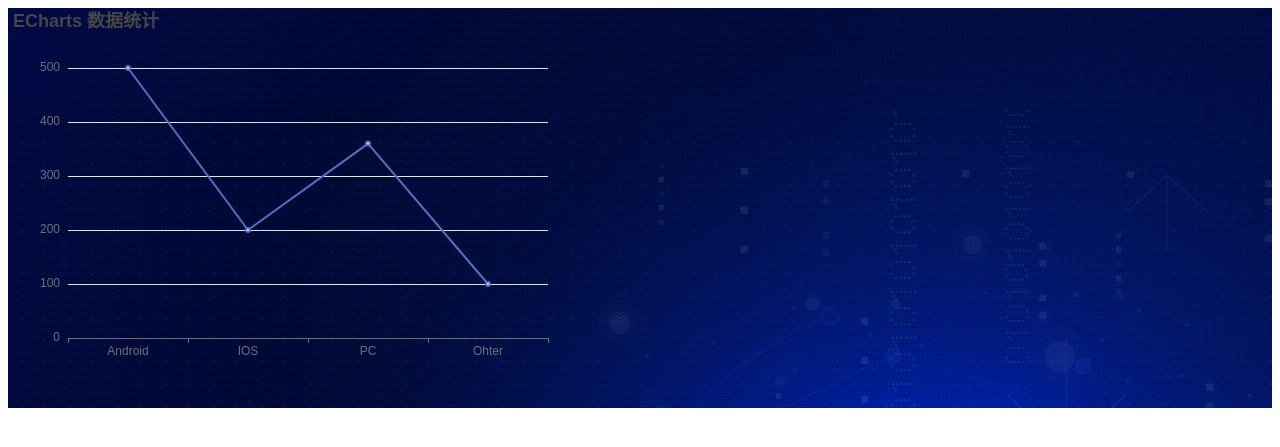
Repository: jiang-1990/DataVM
Page: /
An editor plug-in stored every save of this project. The page is shown before and after a run of saves, followed by the edit.
The browser window is 1280 px wide. The pictures show the whole page.
The project was rebuilt for these pictures with package versions that can differ from the ones it lists, and the page was loaded fresh each time.

Above is the page before, as saved 2021-08-23 10:34:44.

After the next 2 saves:
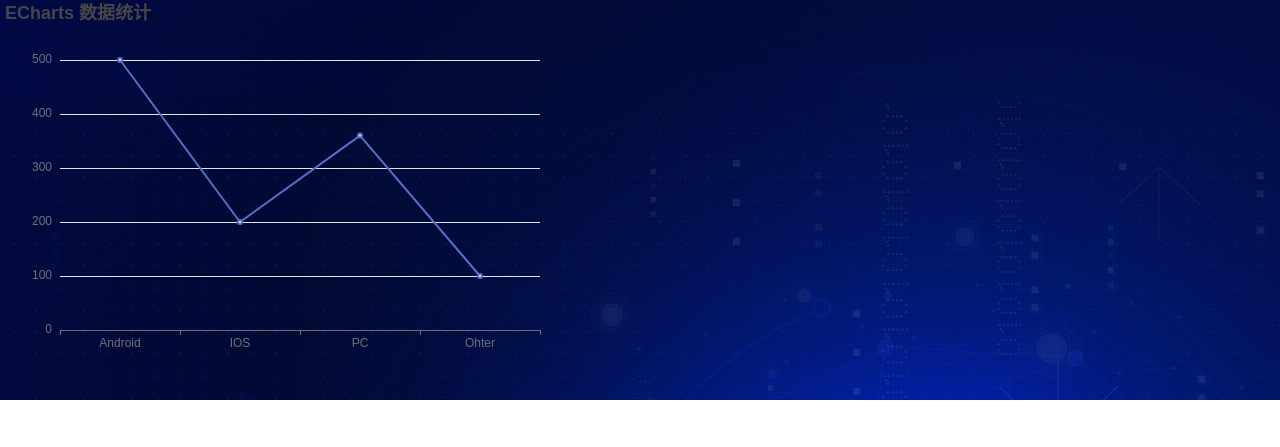
The 2 saves are shown as one change because they came seconds apart.
The last was saved 2 min 40 s later.
--- a/src/App.vue
+++ b/src/App.vue
@@ -11,9 +11,11 @@ export default {
 </script>
 
 <style>
-#app {
+body{
   margin: 0;
   padding: 0;
+}
+#app {
   height: 100%;
   background-image: url('assets/bg.jpg');
 }
